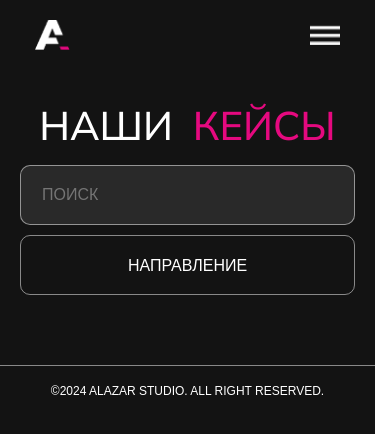
Repository: AlazarStudio/alazar_studio
Page: /cases
These files come from the project's save history. The page is drawn as it stood at one moment and after the next save; the edit follows.
The browser window is 375 px wide. The pictures show the whole page.
The page's requests for data from a server got no answer. The project was rebuilt for these pictures with package versions that can differ from the ones it lists, and the page was loaded fresh each time. No one was signed in, and anything a server would have sent is missing. Also part of the build but not shown: vite.config.js, src/Components/Pages/Non_Found_Page.jsx, src/Components/Standart/CenterBlock/CenterBlock.module.css, src/Components/Standart/CenterBlock/CenterBlock.jsx, src/Components/Standart/WidthBlock/WidthBlock.module.css, src/Components/Standart/WidthBlock/WidthBlock.jsx, src/Components/Pages/HomePage/HomePage.module.css, src/Components/Pages/HomePage/HomePage.jsx and 13 more.

Above is the page before, as saved 2025-05-06 16:44:33.

After the next save:
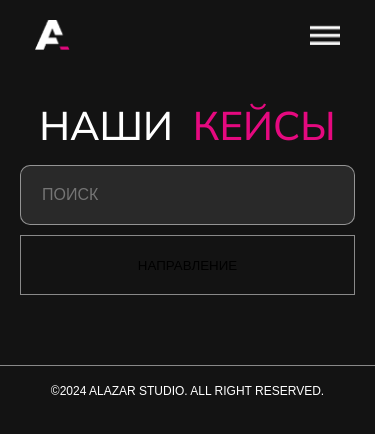
Saved 27 s later.
--- a/src/Components/Pages/CasesPage/CasesPage.module.css
+++ b/src/Components/Pages/CasesPage/CasesPage.module.css
@@ -229,11 +229,7 @@
     height: 60px;
     border: 1px solid rgba(255, 255, 255, 0.5); /* полупрозрачная белая граница */
     background-color: inherit;
-    padding: 21px;
-    color: #fff;
-    border-radius: 10px;
-    font-size: 16px;
-    outline: none;
+
   }
 
   .containerCaseTopName span:nth-of-type(1) {
